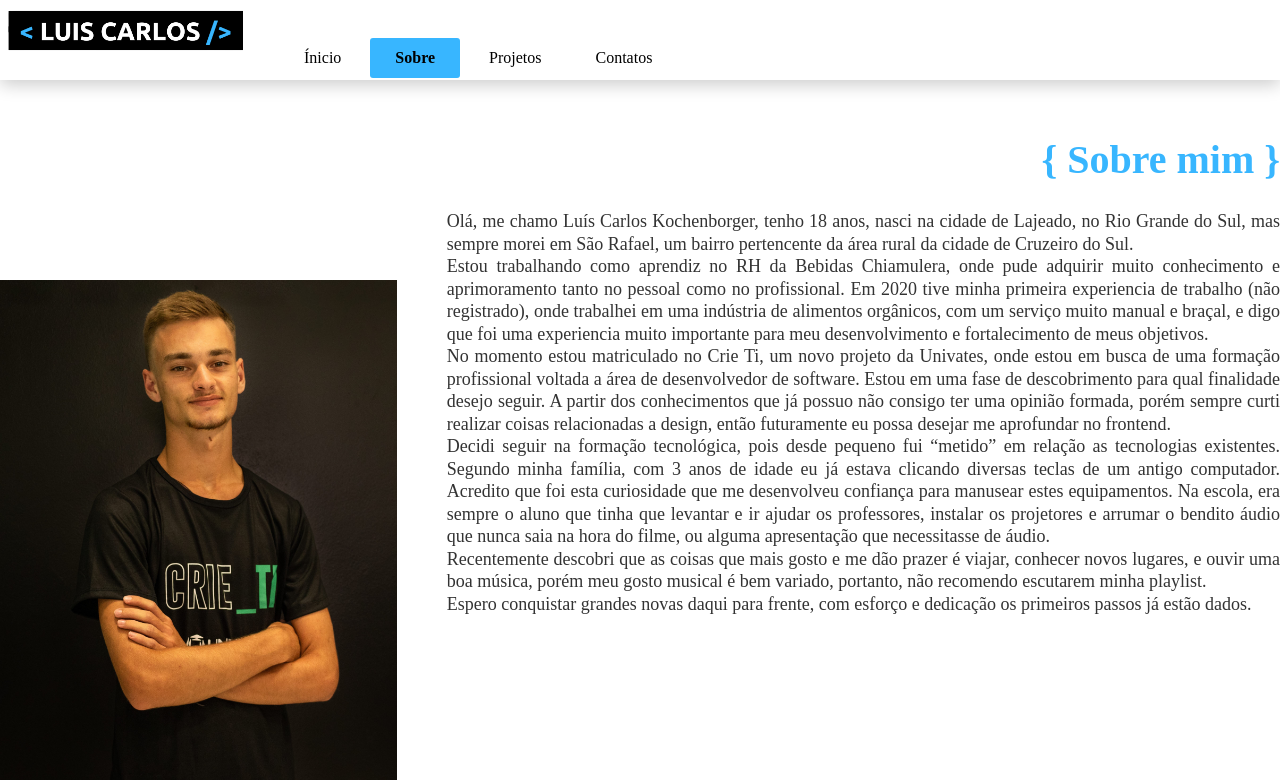
Repository: Iluiscarlos/SitePortifolio
Page: about.html
These files come from the project's save history. The page is drawn as it stood at one moment and after the next save; the edit follows.
The browser window is 1280 px wide. The pictures show the whole page.
Some web libraries are served in a nearby version.

Above is the page before, as saved 2022-05-23 22:46:33.

After the next save:
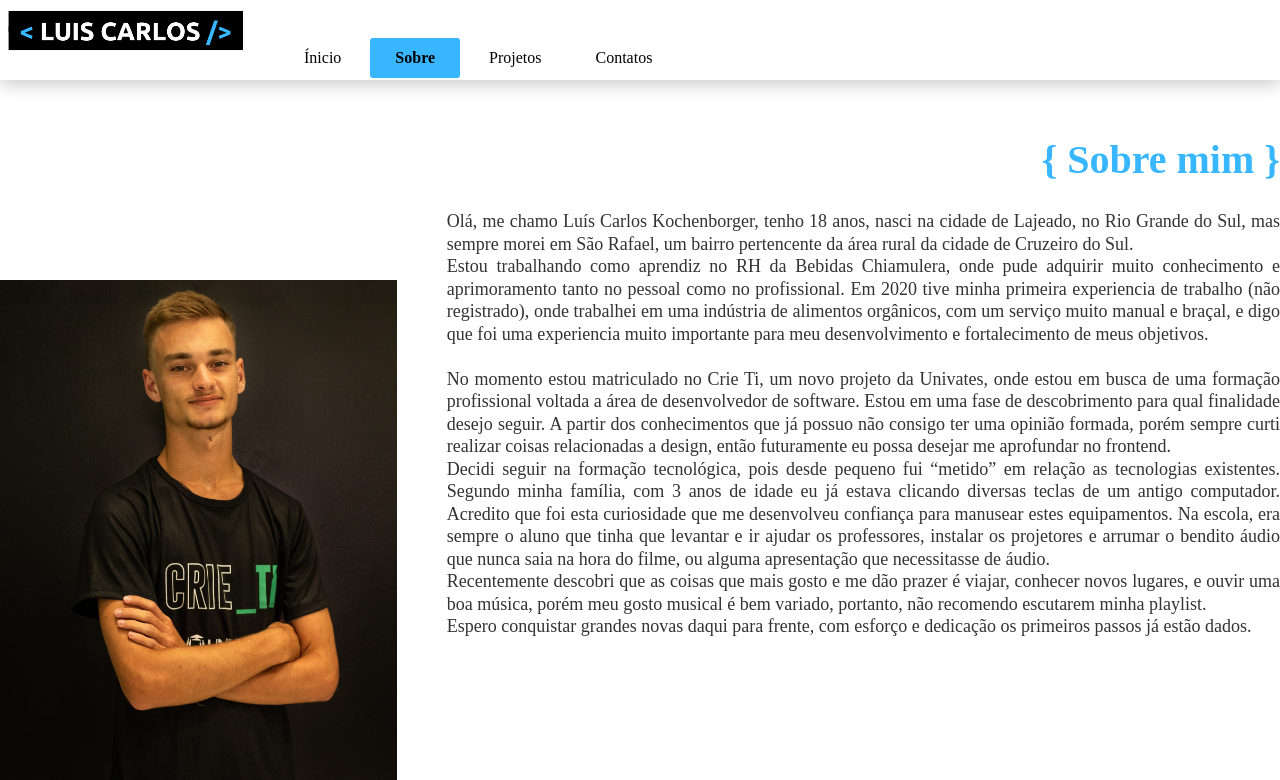
Saved 23 s later.
--- a/about.html
+++ b/about.html
@@ -34,7 +34,7 @@
             <h1 class="about__tittle">{ Sobre mim }</h1>
             <div class="about__content">
             <p>Olá, me chamo Luís Carlos Kochenborger, tenho 18 anos, nasci na cidade de Lajeado, no Rio Grande do Sul, mas sempre morei em São Rafael, um bairro pertencente da área rural da cidade de Cruzeiro do Sul.</p>
-                <p>Estou trabalhando como aprendiz no RH da Bebidas Chiamulera, onde pude adquirir muito conhecimento e aprimoramento tanto no pessoal como no profissional. Em 2020 tive minha primeira experiencia de trabalho (não registrado), onde trabalhei em uma indústria de alimentos orgânicos, com um serviço muito manual e braçal, e digo que foi uma experiencia muito importante para meu desenvolvimento e fortalecimento de meus objetivos.</p>
+                <p>Estou trabalhando como aprendiz no RH da Bebidas Chiamulera, onde pude adquirir muito conhecimento e aprimoramento tanto no pessoal como no profissional. Em 2020 tive minha primeira experiencia de trabalho (não registrado), onde trabalhei em uma indústria de alimentos orgânicos, com um serviço muito manual e braçal, e digo que foi uma experiencia muito importante para meu desenvolvimento e fortalecimento de meus objetivos.</p><br>
                 <p>No momento estou matriculado no Crie Ti, um novo projeto da Univates, onde estou em busca de uma formação profissional voltada a área de desenvolvedor de software. Estou em uma fase de descobrimento para qual finalidade desejo seguir. A partir dos conhecimentos que já possuo não consigo ter uma opinião formada, porém sempre curti realizar coisas relacionadas a design, então futuramente eu possa desejar me aprofundar no frontend.</p>
                 <p>Decidi seguir na formação tecnológica, pois desde pequeno fui “metido” em relação as tecnologias existentes. Segundo minha família, com 3 anos de idade eu já estava clicando diversas teclas de um antigo computador. Acredito que foi esta curiosidade que me desenvolveu confiança para manusear estes equipamentos. Na escola, era sempre o aluno que tinha que levantar e ir ajudar os professores, instalar os projetores e arrumar o bendito áudio que nunca saia na hora do filme, ou alguma apresentação que necessitasse de áudio.</p>
                 <p>Recentemente descobri que as coisas que mais gosto e me dão prazer é viajar, conhecer novos lugares, e ouvir uma boa música, porém meu gosto musical é bem variado, portanto, não recomendo escutarem minha playlist.</p>
